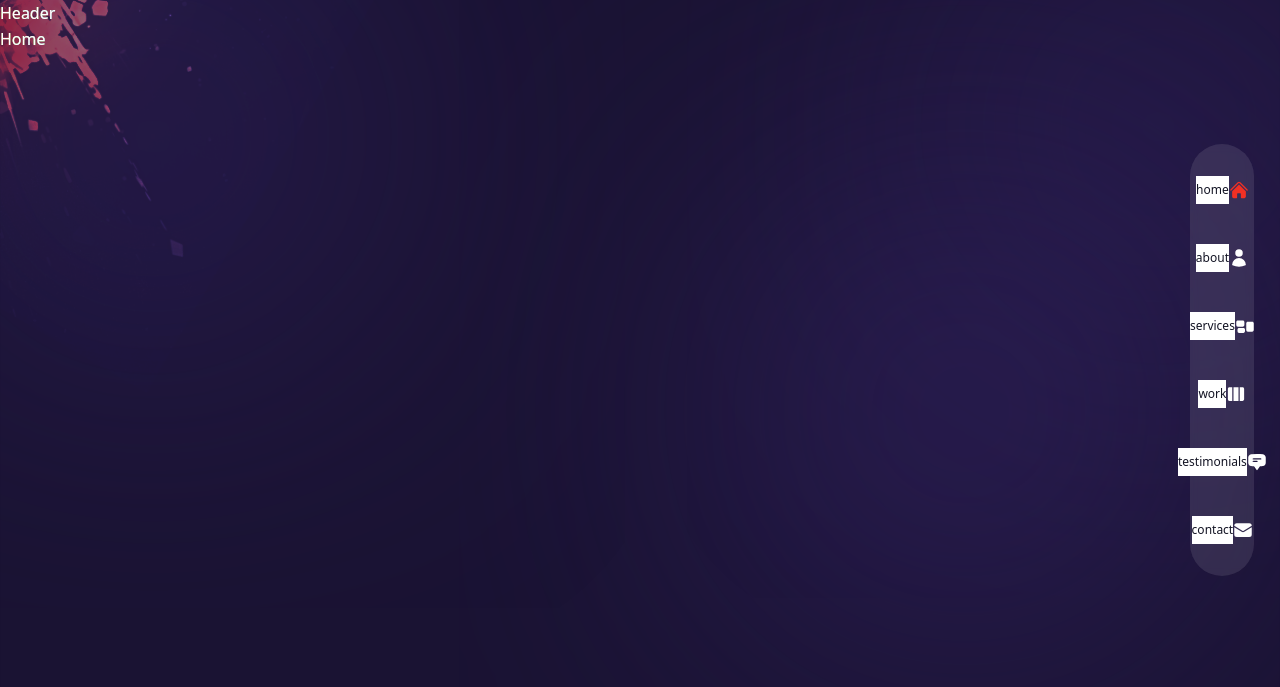
Repository: AchourMaryem/My-personal-portfolio
Page: /
An editor plug-in stored every save of this project. The page is shown before and after the next save, followed by the edit.
The browser window is 1280 px wide. The pictures show the whole page.
The project was rebuilt for these pictures with package versions that can differ from the ones it lists, and the page was loaded fresh each time. The framework's server and built-in components were replaced by stand-ins that run in the browser. Also part of the build but not shown: next.config.js.

Above is the page before, as saved 2023-09-21 12:36:46.

After the next save:
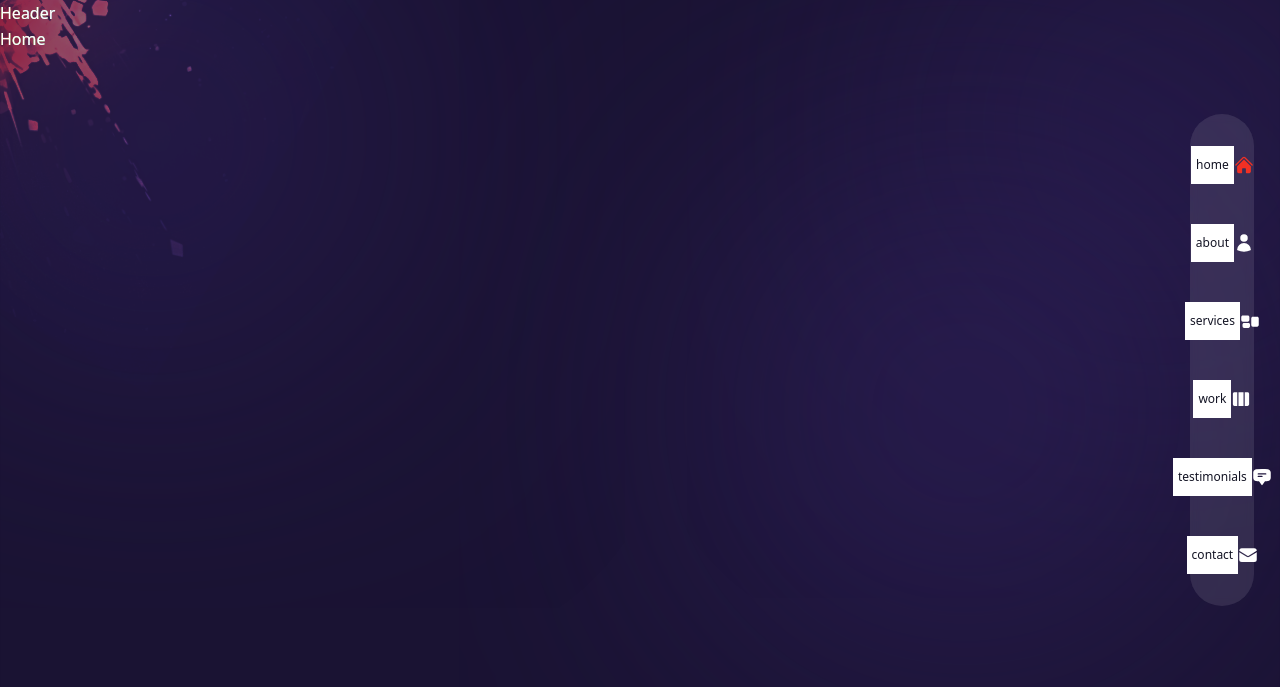
Saved 4 s later.
--- a/components/Nav.js
+++ b/components/Nav.js
@@ -43,7 +43,7 @@ const Nav = () => {
           >
 
           {/* tooltip */}
-          <div className='bg-white relative flex text-primary itemscenter p-[]'>
+          <div className='bg-white relative flex text-primary itemscenter p-[5px]'>
           <div className='text-[12px]'>{link.name}</div>
           </div>
          <div> {link.icon}</div>
